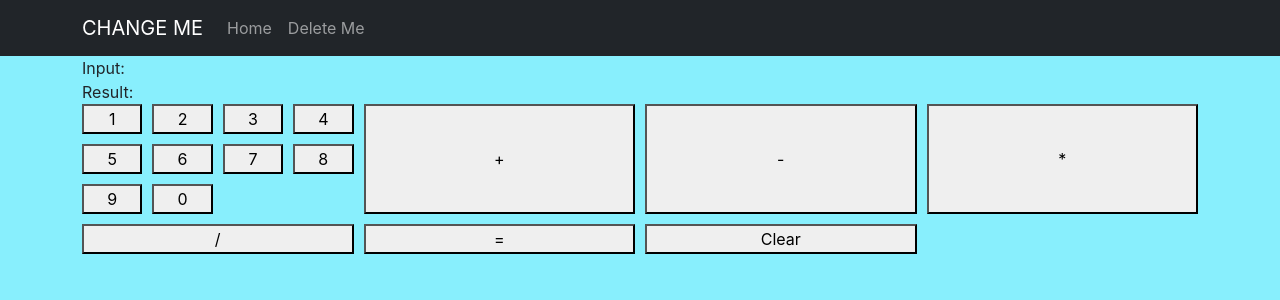
Repository: jgramirez0210/calculator-react
Page: /
An editor plug-in stored every save of this project. The page is shown before and after the next save, followed by the edit.
The browser window is 1280 px wide. The pictures show the whole page.
The project was rebuilt for these pictures with package versions that can differ from the ones it lists, and the page was loaded fresh each time. The framework's server and built-in components were replaced by stand-ins that run in the browser. Also part of the build but not shown: next.config.js.

Above is the page before, as saved 2024-01-09 20:21:52.

### pages/_app.js
/* eslint-disable react/prop-types */
import 'bootstrap/dist/css/bootstrap.min.css';
import NoAuth from '../components/NoAuth'; // TODO: COMMENT OUT FOR AUTH
import '../styles/globals.css';
// import { AuthProvider } from '../utils/context/authContext'; // TODO: COMMENT IN FOR AUTH
// import ViewDirectorBasedOnUserAuthStatus from '../utils/ViewDirector'; // TODO: COMMENT IN FOR AUTH

function MyApp({ Component, pageProps }) {
  return (
    <>
      <NoAuth
        component={Component}
        pageProps={pageProps}
      />

      {/* TODO: Delete NoAuth component above and comment in code below for authentication */}
      {/* <AuthProvider>
        <ViewDirectorBasedOnUserAuthStatus
          // if status is pending === loading
          // if status is logged in === view app
          // if status is logged out === sign in page
          component={Component}
          pageProps={pageProps}
        />
      </AuthProvider> */}
    </>
  );
}

export default MyApp;

### pages/index.js
import React, { useState } from 'react';
import { evaluate } from 'mathjs';

function Calculator() {
  const [input, setInput] = useState('');
  const [result, setResult] = useState(null);

  const handleDigit = (digit) => {
    setInput((prevInput) => prevInput + digit);
  };
  const handleOperation = (operation) => {
    setInput((prevInput) => prevInput + operation);
  };
  const calculateResult = () => {
    try {
      if (/[\d]$/.test(input)) {
        setResult(evaluate(input));
      } else {
        setResult('Error: Invalid expression');
      }
    } catch (error) {
      setResult('Error: Invalid expression');
    }
  };
  const handleClear = () => {
    setInput('');
    setResult(null);
  };
  return (
    <div>
      <div> Input: {input}</div>
      <div> Result: {result}</div>
      <div className="calculator-grid">
        <div className="calculator-numbers">
          {[1, 2, 3, 4, 5, 6, 7, 8, 9, 0].map((digit) => (
            <button type="button" className={`button-${digit}`} onClick={() => handleDigit(digit)}>{digit}</button>
          ))}
        </div>
        {['+', '-', '*', '/'].map((operation) => (
          <button type="button" onClick={() => handleOperation(operation)}>{operation}</button>
        ))}
        <button type="button" onClick={calculateResult}>=</button>
        <button type="button" onClick={handleClear}>Clear</button>
      </div>
    </div>
  );
}

export default Calculator;

### components/NoAuth.js
/* eslint-disable react/forbid-prop-types */
import React from 'react';
import PropTypes from 'prop-types';
import NoAuthNavBar from './NoAuthNavBar';

function NoAuth({ component: Component, pageProps }) {
  return (
    <>
      <NoAuthNavBar />
      <div className="container">
        <Component {...pageProps} />
      </div>
    </>
  );
}

NoAuth.propTypes = {
  component: PropTypes.func.isRequired,
  pageProps: PropTypes.oneOfType([PropTypes.object]).isRequired,
};

export default NoAuth;

### styles/globals.css
@import 'bootstrap/dist/css/bootstrap.css';

html,
body {
  padding: 0;
  margin: 0;
  font-family: -apple-system, BlinkMacSystemFont, Segoe UI, Roboto, Oxygen,
    Ubuntu, Cantarell, Fira Sans, Droid Sans, Helvetica Neue, sans-serif;
}

a {
  color: inherit;
  text-decoration: none;
}

* {
  box-sizing: border-box;
}

body {
  background-color: #88effd;
}

.calculator-grid {
  display: grid;
  grid-template-columns: repeat(4, 1fr);
  gap: 10px;
}
.calculator-numbers {
  display: grid;
  grid-template-columns: repeat(4, 1fr);
  gap: 10px;
}
/* .button-0 {
  background-color: #4caf50;
  border: none;
  color: white;
  text-align: center;
  display: inline-block;
  font-size: 16px;
  margin: 4px 2px;
  cursor: pointer;
  border-radius: 12px;
  padding: 15px 32px;
} */

.button:hover {
  background-color: #45a049;
}

### components/NoAuthNavBar.js
/* eslint-disable jsx-a11y/anchor-is-valid */
import React from 'react';
import Link from 'next/link';
import {
  Navbar, Container, Nav,
} from 'react-bootstrap';

export default function NoAuthNavBar() {
  return (
    <Navbar collapseOnSelect expand="lg" bg="dark" variant="dark">
      <Container>
        <Link passHref href="/">
          <Navbar.Brand>CHANGE ME</Navbar.Brand>
        </Link>
        <Navbar.Toggle aria-controls="responsive-navbar-nav" />
        <Navbar.Collapse id="responsive-navbar-nav">
          <Nav className="me-auto">
            {/* CLOSE NAVBAR ON LINK SELECTION: https://stackoverflow.com/questions/72813635/collapse-on-select-react-bootstrap-navbar-with-nextjs-not-working */}
            <Link passHref href="/">
              <Nav.Link>Home</Nav.Link>
            </Link>
            <Link passHref href="/delete-me">
              <Nav.Link>Delete Me</Nav.Link>
            </Link>
          </Nav>
        </Navbar.Collapse>
      </Container>
    </Navbar>
  );
}

After the next save:
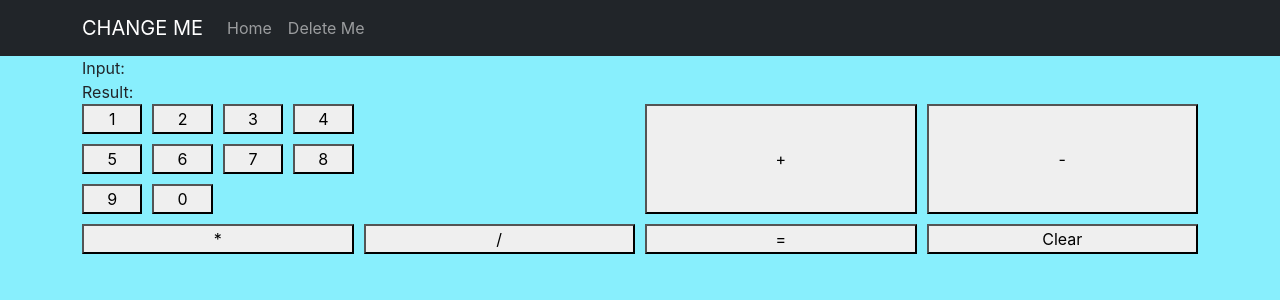
Saved 45 s later.
--- a/pages/index.js
+++ b/pages/index.js
@@ -36,6 +36,7 @@ function Calculator() {
             <button type="button" className={`button-${digit}`} onClick={() => handleDigit(digit)}>{digit}</button>
           ))}
         </div>
+        <div className="calculator-numbers"></div>
         {['+', '-', '*', '/'].map((operation) => (
           <button type="button" onClick={() => handleOperation(operation)}>{operation}</button>
         ))}
